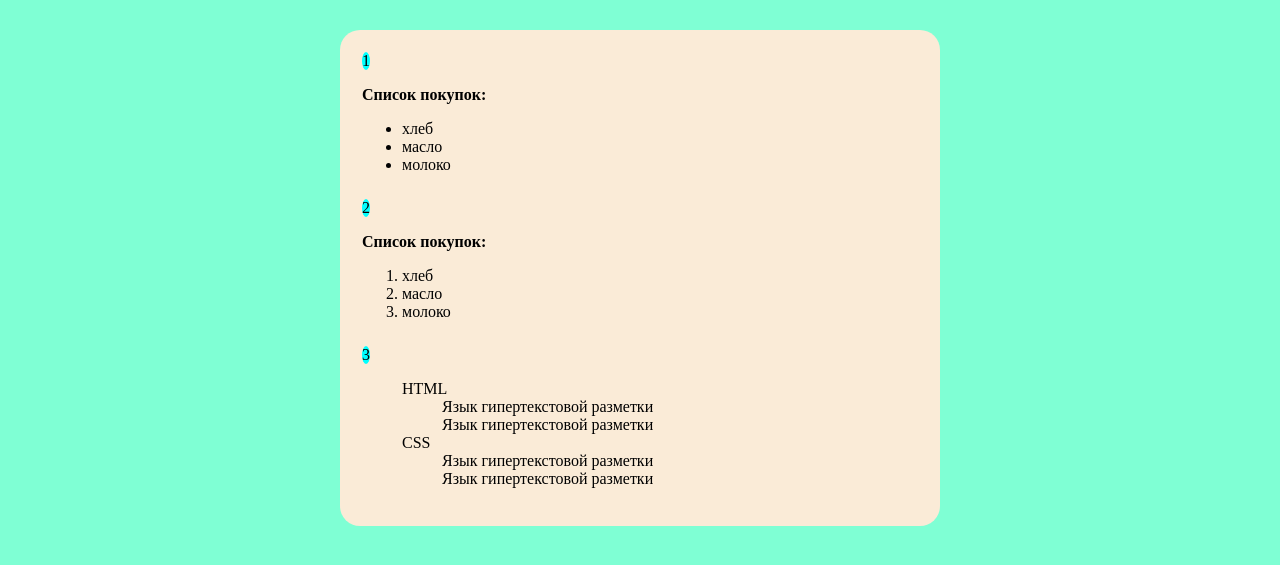
Repository: Savich01/-
Page: html/index.html
An editor plug-in stored every save of this project. The page is shown before and after the next save, followed by the edit.
The browser window is 1280 px wide. The pictures show the whole page.

Above is the page before, as saved 2024-05-31 14:46:46.

After the next save:
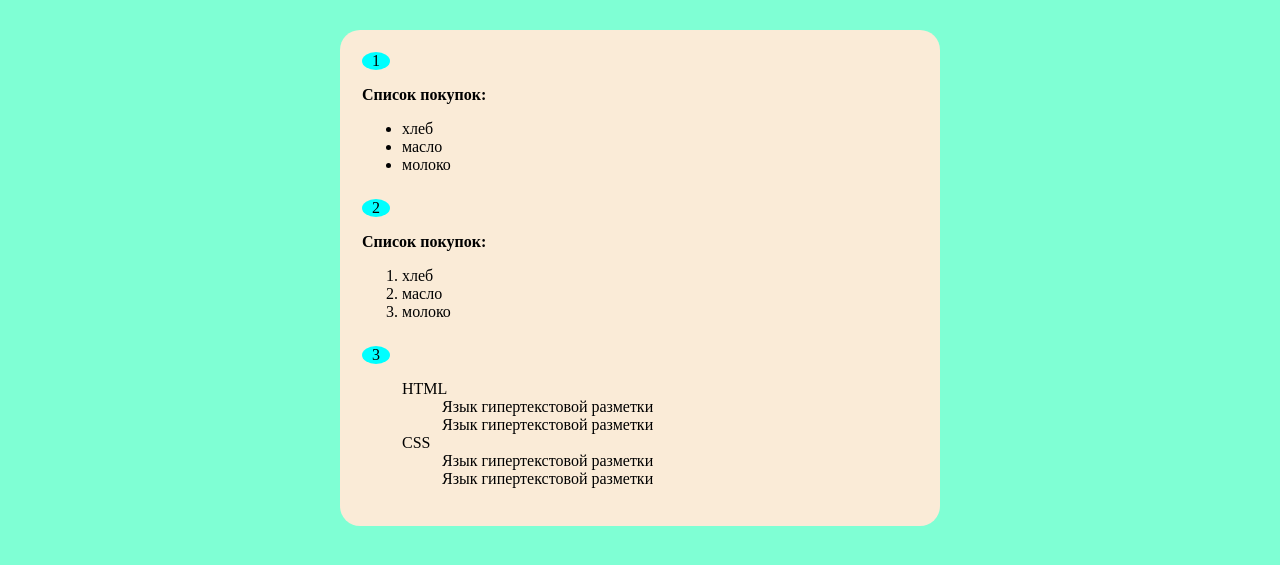
Saved 4 s later.
--- a/css/style.css
+++ b/css/style.css
@@ -20,7 +20,7 @@ body{
 .block{
     background-color:aqua;
     display: inline-block;
-    padding: 0px;
+    padding: 0px 10px;
     border-radius: 100%;
 }
 .list{
